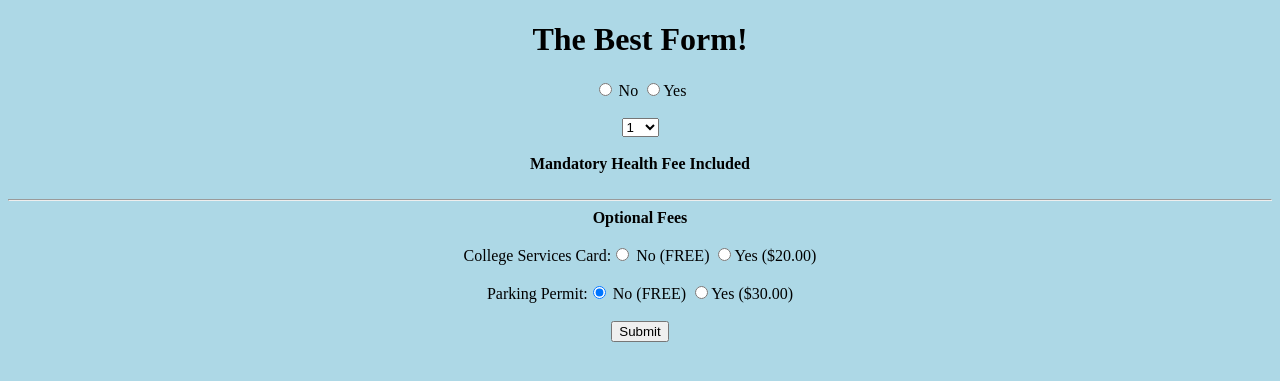
Repository: jedeyejed00/TheGameShaq
Page: HomeWork3/StudentForm.html
The author's editor kept a record of every edit. The page is drawn from the files as they stood at one moment, then again after the next edit.
The browser window is 1280 px wide. The pictures show the whole page.

Above is the page before.

After the next edit:
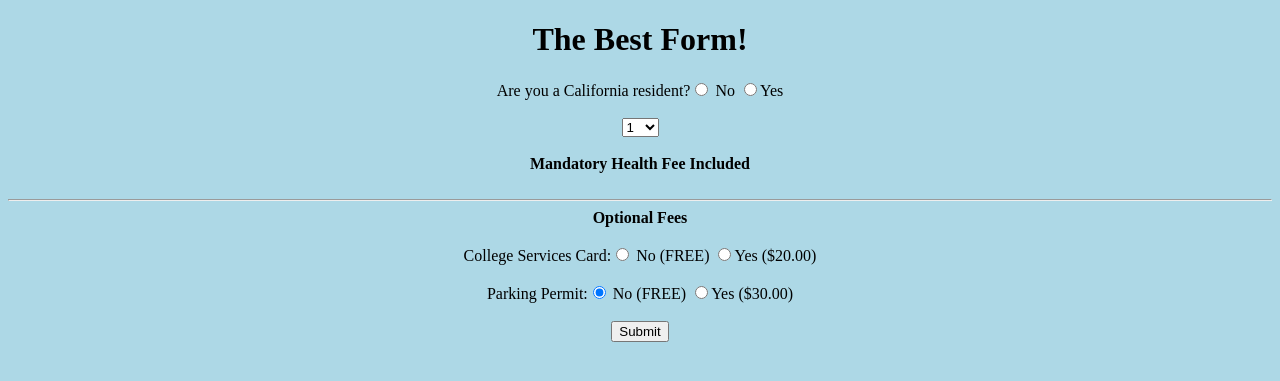
The edit:
--- a/HomeWork3/StudentForm.html
+++ b/HomeWork3/StudentForm.html
@@ -15,7 +15,7 @@
 
                 <form action="ProcessStudentForm.php" method="POST">
 
-<input type="radio" name="resident" value="no" checked> No
+Are you a California resident?<input type="radio" name="resident" value="no" checked> No
 <input type="radio" name="resident" value="yes">Yes<br><br>
 
 
